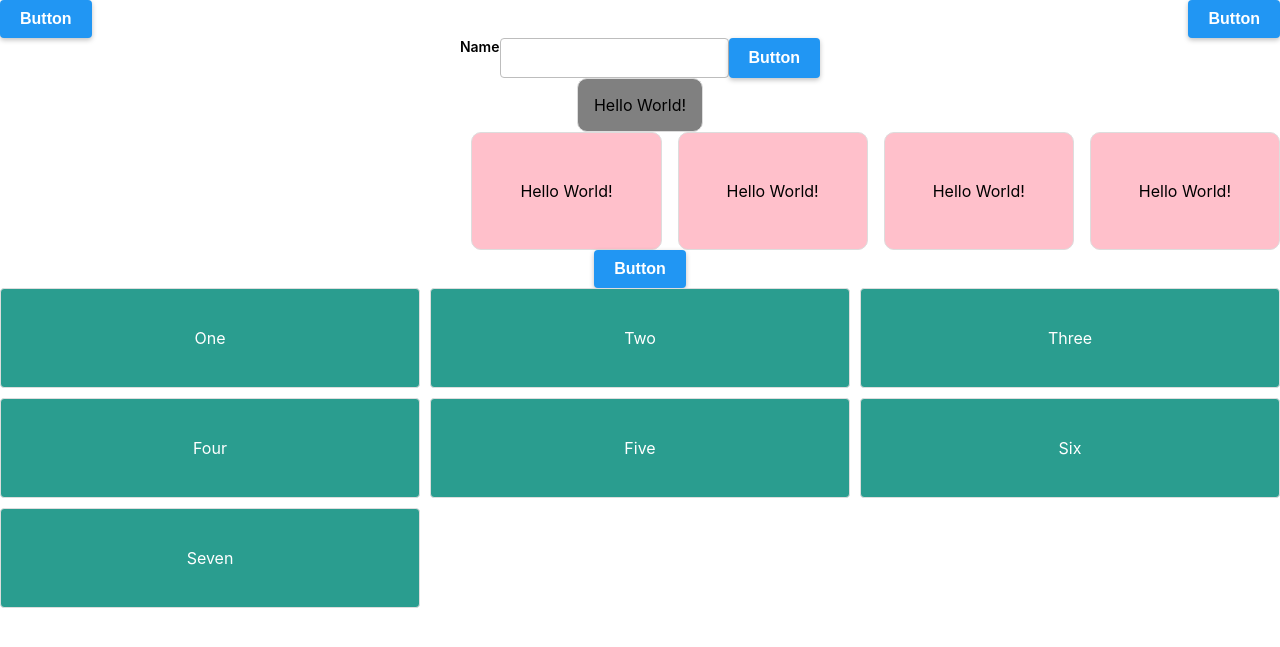
Repository: roistyx/react
Page: /components (app in layouts-app/)
An editor plug-in stored every save of this project. The page is shown before and after the next save, followed by the edit.
The browser window is 1280 px wide. The pictures show the whole page.
The project was rebuilt for these pictures with package versions that can differ from the ones it lists, and the page was loaded fresh each time.

Above is the page before, as saved 2023-04-27 15:19:36.

After the next save:
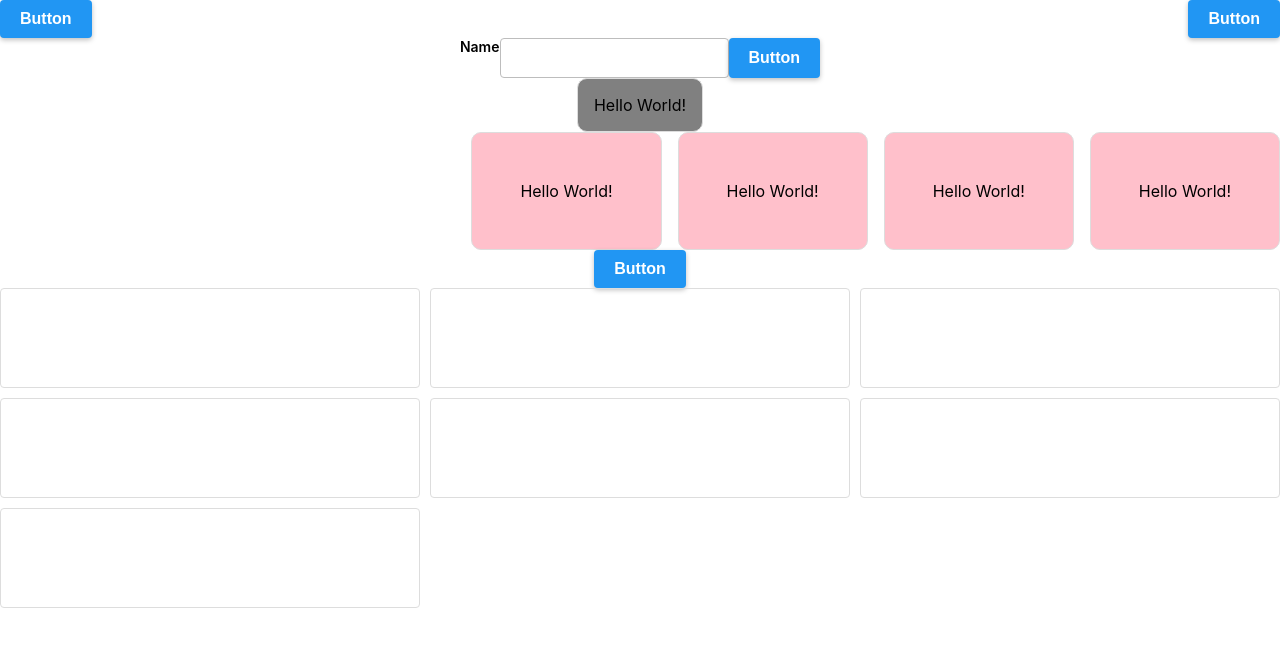
Saved 13 s later.
--- a/layouts-app/src/layouts/Grid.css
+++ b/layouts-app/src/layouts/Grid.css
@@ -9,7 +9,7 @@
 
 .Grid > * {
 	padding: var(--gap);
-	background-color: var(--bgColor, #2a9d8f);
+	background-color: var(--bgColor);
 	padding: 10px;
 	color: white;
 	font-size: 16px;

After the save that followed:
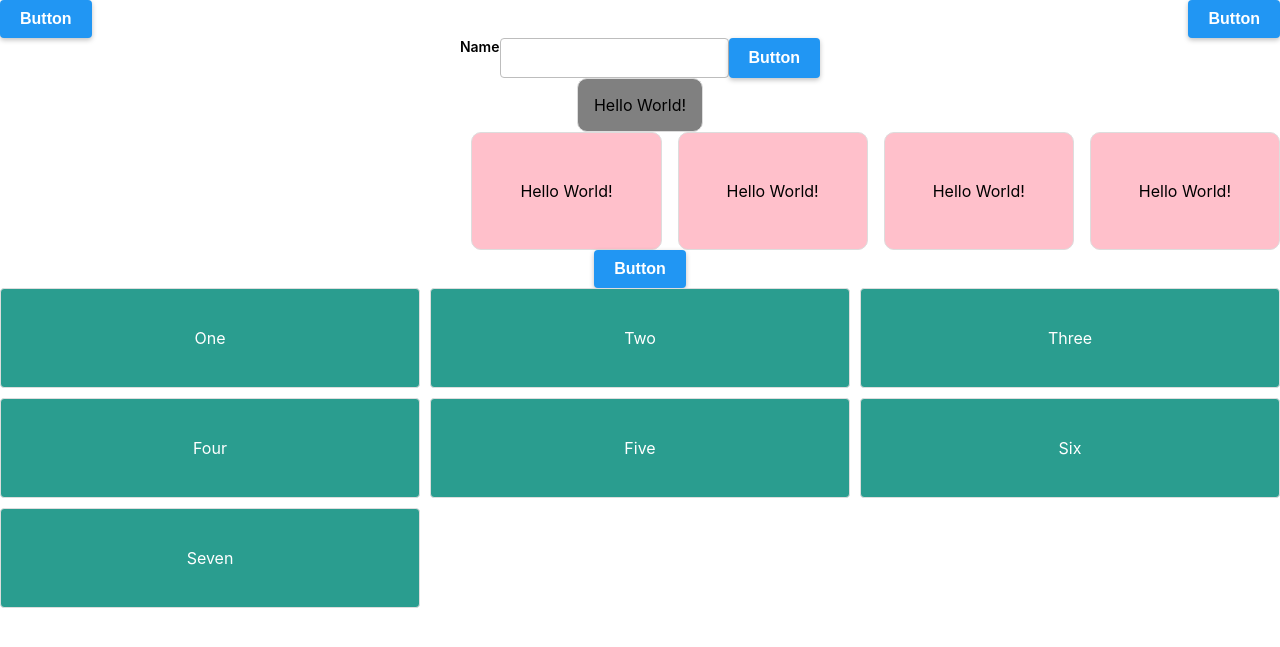
Saved 8 s later.
--- a/layouts-app/src/layouts/Grid.css
+++ b/layouts-app/src/layouts/Grid.css
@@ -9,7 +9,7 @@
 
 .Grid > * {
 	padding: var(--gap);
-	background-color: var(--bgColor);
+	background-color: var(--bgColor, #2a9d8f);
 	padding: 10px;
 	color: white;
 	font-size: 16px;
